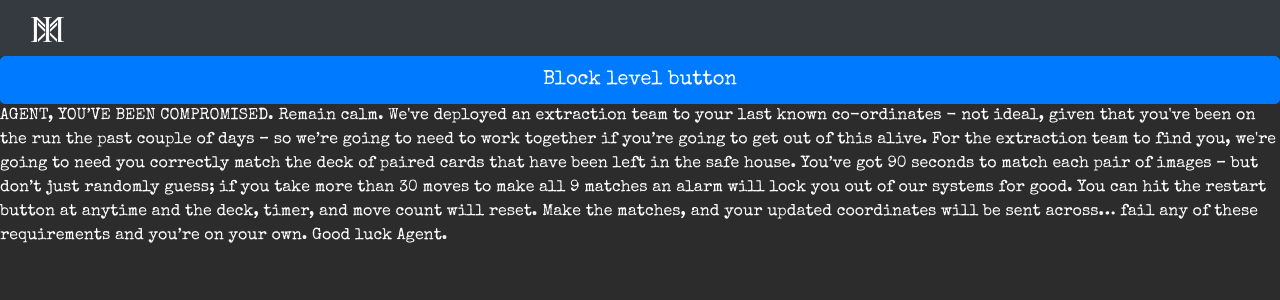
Repository: Code-Institute-Submissions/Milestone-25
Page: index.html
The author's editor kept a record of every edit. The page is drawn from the files as they stood at one moment, then again after the next edit.
The browser window is 1280 px wide. The pictures show the whole page.

Above is the page before.

After the next edit:
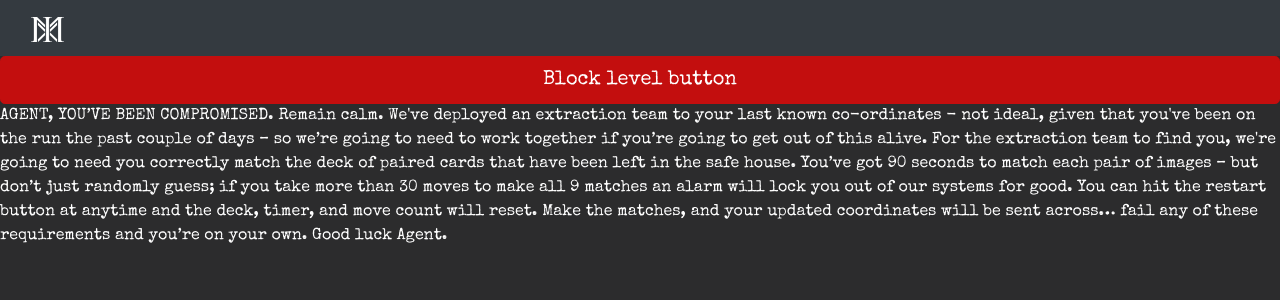
The edit:
--- a/assets/css/style.css
+++ b/assets/css/style.css
@@ -15,7 +15,7 @@
 
 /*------------BUTTON STYLING--------*/
 
-btn-primary {
+.btn-primary {
     background-color: #c30e0e;
     border-color: #c30e0e;
 
